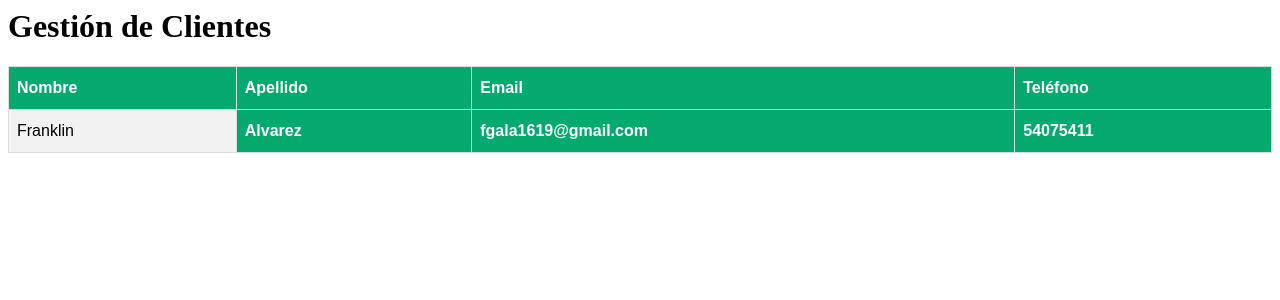
Repository: fgala1619/frontSistGestionBank
Page: index.html
The author's editor kept a copy of each file at every save. The page is drawn from the files as they stood at one save, then again after the next save.
The browser window is 1280 px wide. The pictures show the whole page.

Above is the page before, as saved 2023-07-08 22:18:44.

### index.html
<h1>Gestión de Clientes</h1>

<table id="customers">
    <tr>
        <th>Nombre</th>
        <th>Apellido</th>
        <th>Email</th>
        <th>Teléfono</th>
    </tr>
    <tr>
        <td>Franklin</td>
        <th>Alvarez</th>
        <th>fgala1619@gmail.com</th>
        <th>54075411</th>
    </tr>
</table>

<style>
    #customers {
        font-family: Arial, Helvetica, sans-serif;
        border-collapse: collapse;
        width: 100%;
    }

    #customers td, #customers th {
        border: 1px solid #ddd;
        padding: 8px;
    }

    #customers tr:nth-child(even){background-color: #f2f2f2;}
    #customers tr:hover{background-color:#ddd;}

    #customers th{
        padding-top: 12px;
        padding-bottom: 12px;
        text-align: left;
        background-color: #04AA6D;
        color: white;
    }
</style>

After the next save:
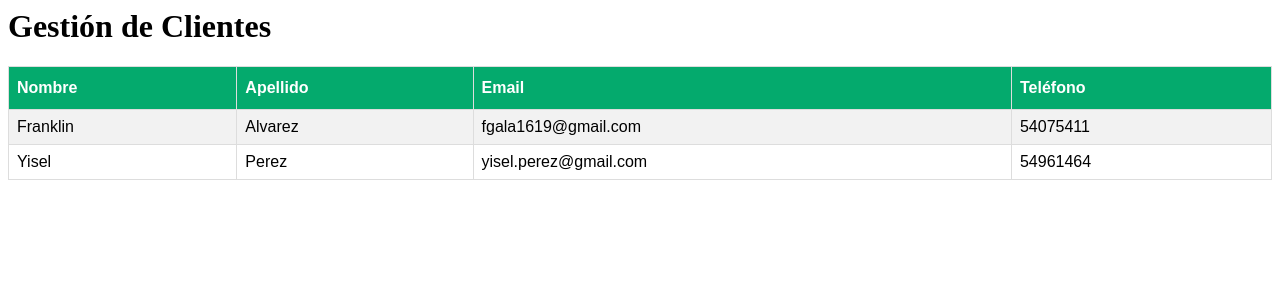
Saved 87 s later.
--- a/index.html
+++ b/index.html
@@ -7,11 +7,19 @@
         <th>Email</th>
         <th>Teléfono</th>
     </tr>
+
     <tr>
         <td>Franklin</td>
-        <th>Alvarez</th>
-        <th>fgala1619@gmail.com</th>
-        <th>54075411</th>
+        <td>Alvarez</td>
+        <td>fgala1619@gmail.com</td>
+        <td>54075411</td>
+    </tr>
+
+    <tr>
+        <td>Yisel</td>
+        <td>Perez</td>
+        <td>yisel.perez@gmail.com</td>
+        <td>54961464</td>
     </tr>
 </table>
 
